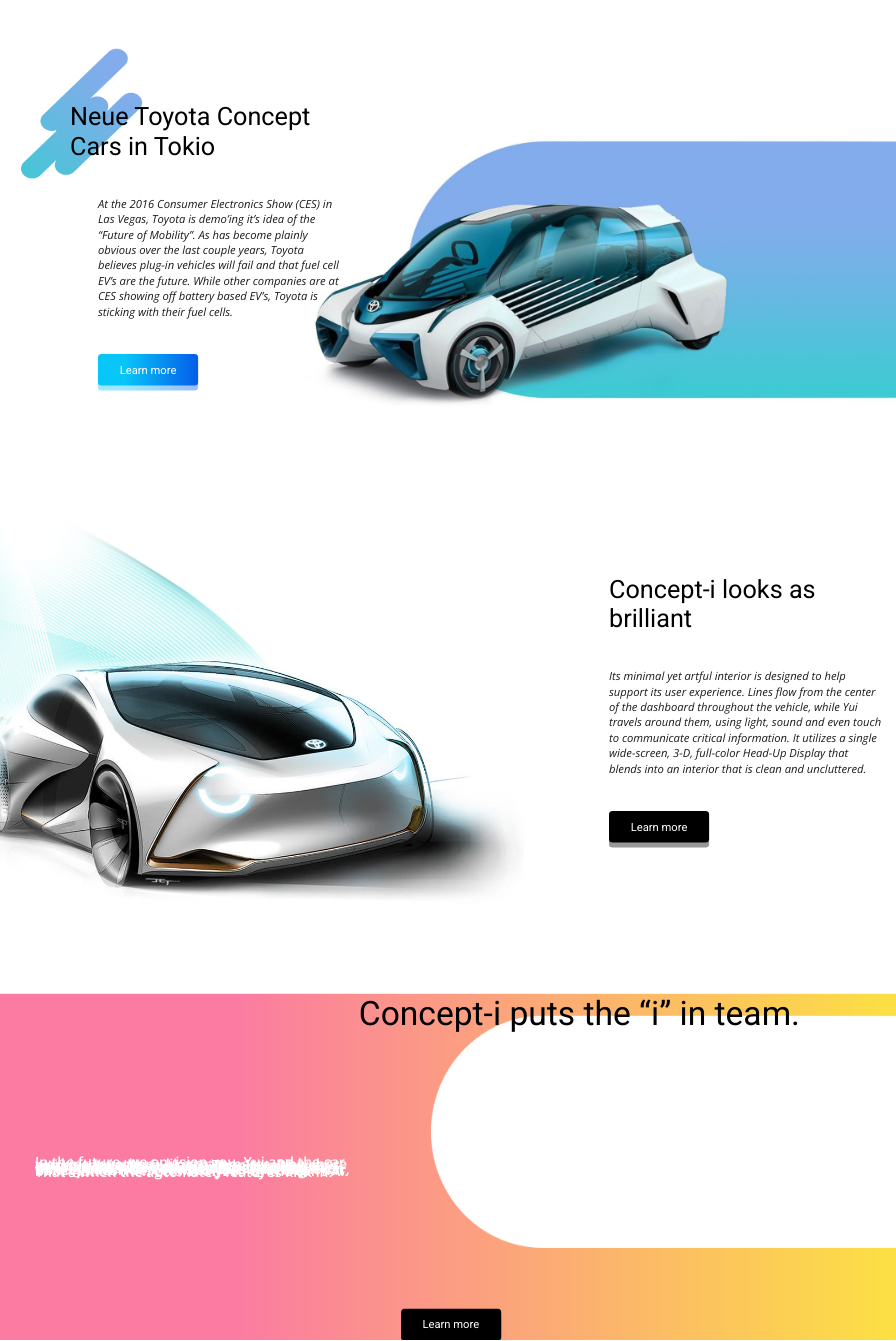
Repository: ThanhThn/Moto-Toyota
Page: index.html
An editor plug-in stored every save of this project. The page is shown before and after the next save, followed by the edit.
The browser window is 1280 px wide. The pictures show the part of the page from y = 1924 to 3844 px (the page is 3839 px tall before and 3844 px after), at 70% of full size.

Above is the page before, as saved 2022-07-07 13:08:57.

After the next save:
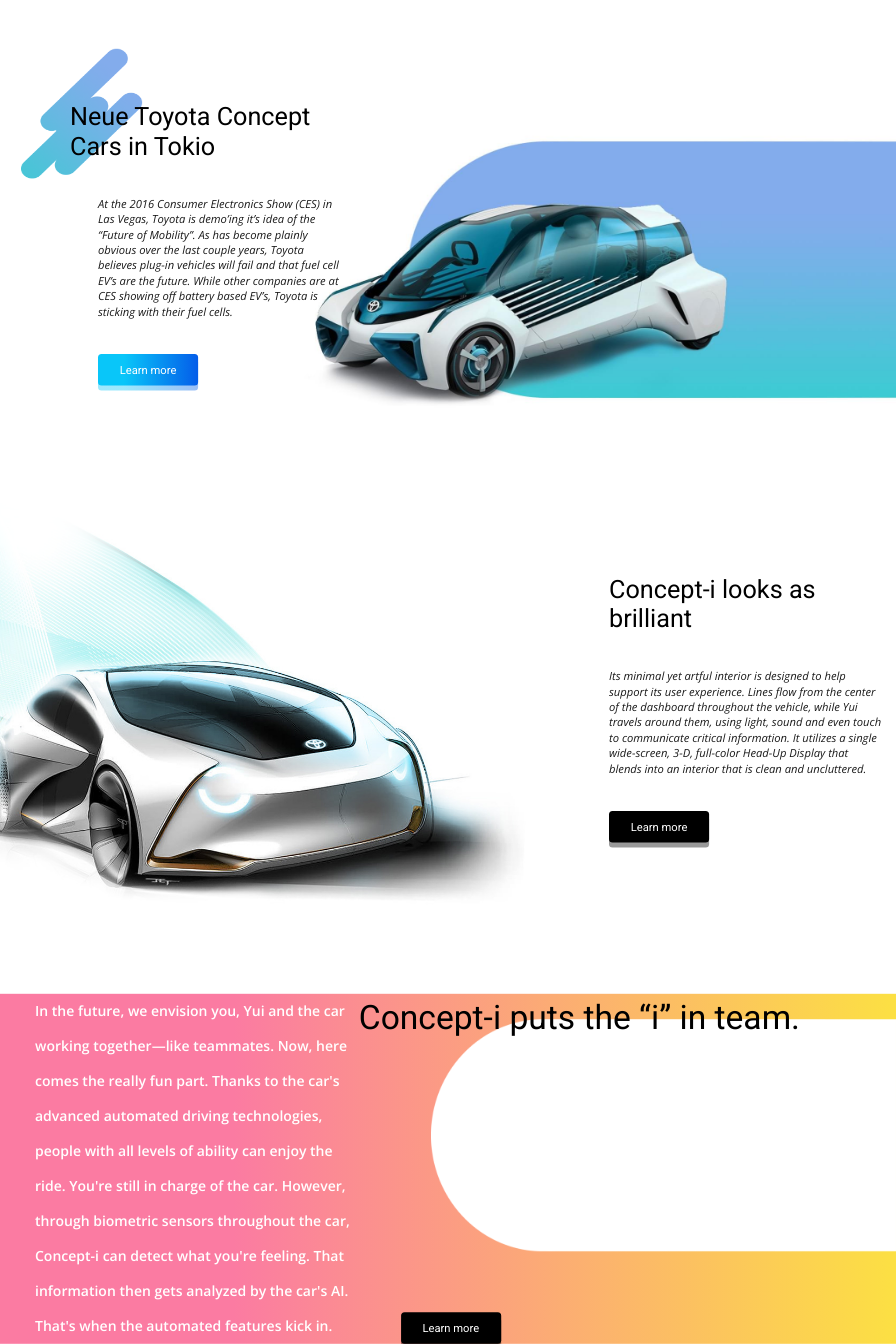
Saved 8 s later.
--- a/css/style.css
+++ b/css/style.css
@@ -269,7 +269,7 @@
     font-weight: 600 ;
     color: #fff;
     margin: auto 0 auto 50px;
-    line-height: 1.5px;
+    line-height: 50px;
 }
 .i-team
 {
